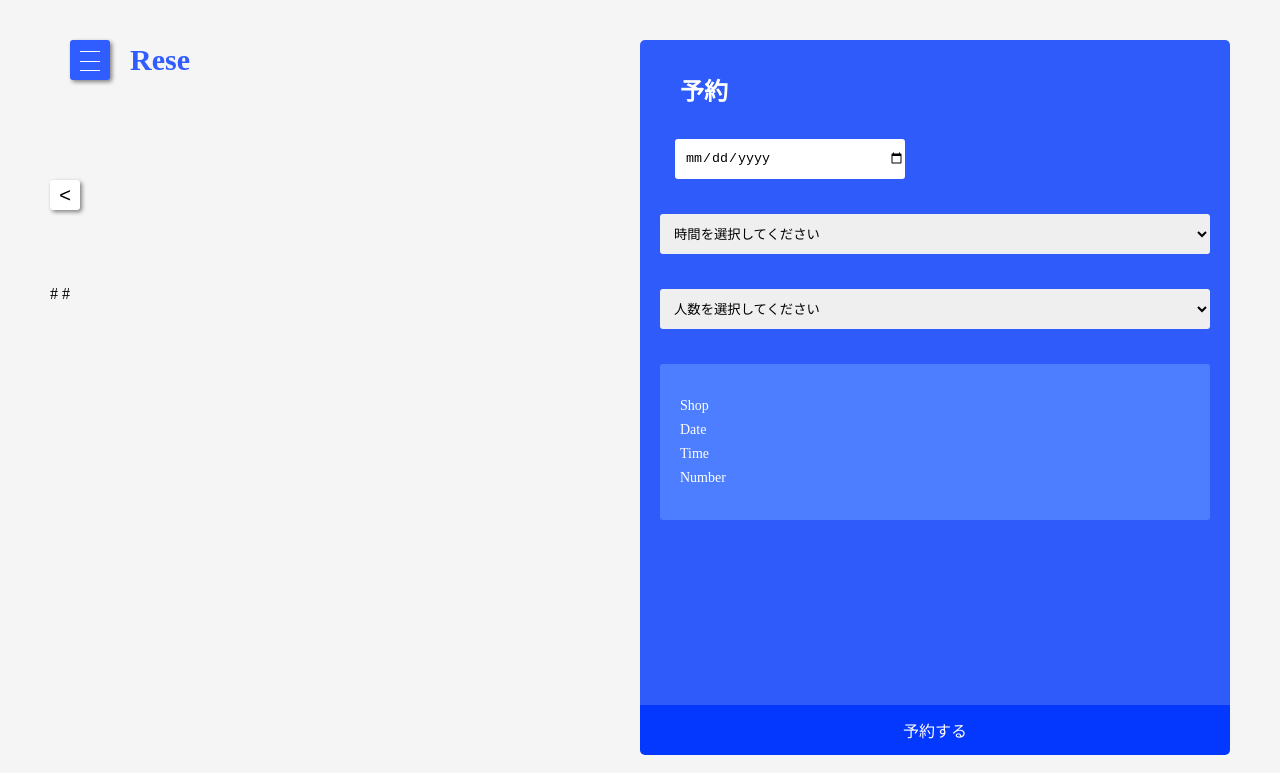
Repository: Haruka-Wada/Rese
Page: src/resources/views/shop_detail.blade.php
The author's editor kept a copy of each file at every save. The page is drawn from the files as they stood at one save, then again after the next save.
The browser window is 1280 px wide. The pictures show the whole page.
The page is served by the project's Laravel application, run on PHP 8.4 with Laravel 8. Other server files are loaded and not shown. The template is opened directly, without the code that normally fills it, so the values that code supplies are empty.

Above is the page before, as saved 2024-11-19 15:19:22.

### src/routes/web.php
<?php

use App\Http\Controllers\ReseController;
use Illuminate\Database\Console\Migrations\ResetCommand;
use Illuminate\Support\Facades\Route;
use SebastianBergmann\GlobalState\Restorer;

/*
|--------------------------------------------------------------------------
| Web Routes
|--------------------------------------------------------------------------
|
| Here is where you can register web routes for your application. These
| routes are loaded by the RouteServiceProvider within a group which
| contains the "web" middleware group. Now create something great!
|
*/

Route::get('/', [ReseController::class, 'index']);
Route::get('/detail/{shop_id?}', [ReseController::class, 'detail']);
Route::get('/search', [ReseController::class, 'search']);

Route::middleware(['verified'])->group(function(){
    Route::middleware('auth')->group(function () {
        Route::get('/thanks', [ReseController::class, 'thanks']);
        Route::get('/mypage', [ReseController::class, 'myPage']);
        Route::post('/favorite', [ReseController::class, 'favorite']);
        Route::post('/reservation', [ReseController::class, 'reservation']);
        Route::get('/done', [ReseController::class, 'done']);
        Route::delete('/delete',[ReseController::class, 'reservationDelete']);
        Route::get('/edit', [ReseController::class, 'reservationEdit']);
        Route::patch('/edit/update', [ReseController::class, 'reservationUpdate']);
    });
});

### src/resources/views/shop_detail.blade.php
@extends('layouts/app')

@section('css')
<link rel="stylesheet" href="{{ asset('css/shop_detail.css') }}">
@endsection

@section('main')
<div class="main__container">
    <div class="shop__container">
        <div class="shop__name-area">
            <button onclick="location.href='/'">&lt;</button>
            <h2>{{ $shop->name }}</h2>
        </div>
        <div class="shop__img">
            <img src="{{ $shop->image}}" alt="">
        </div>
        <div class="shop__tag">
            <span>#{{ $shop->area->name }}</span>
            <span>#{{ $shop->genre->name }}</span>
        </div>
        <div class="shop__outline">
            <p>{{ $shop->outline }}</p>
        </div>
    </div>
    <div class="reservation__container">
        <div class="reservation__wrap">
            <div class="reservation__title">
                <h2>予約</h2>
            </div>
            <form action="/reservation" method="post" id="reservation">
                @csrf
                <div class="reservation__form">
                    <input type="hidden" name="shop_id" value="{{ $shop->id }}">
                    <input type="date" name="date" class="reservation__date">
                    <div class="reservation__error">
                        @error('date')
                        {{ $message }}
                        @enderror
                    </div>
                    <select name="time" id="" class="reservation__time">
                        <option disabled selected>時間を選択してください</option>
                        <option value="17:00">17:00</option>
                        <option value="17:30">17:30</option>
                        <option value="18:00">18:00</option>
                        <option value="18:30">18:30</option>
                        <option value="19:00">19:00</option>
                        <option value="19:30">19:30</option>
                        <option value="20:00">20:00</option>
                        <option value="20:30">20:30</option>
                        <option value="21:00">21:00</option>
                        <option value="21:30">21:30</option>
                        <option value="22:00">22:00</option>
                        <option value="22:30">22:30</option>
                        <option value="23:00">23:00</option>
                    </select>
                    <div class="reservation__error">
                        @error('time')
                        {{ $message }}
                        @enderror
                    </div>
                    <select name="number" id="" class="reservation__number">
                        <option disabled selected>人数を選択してください</option>
                        @for($i = 1; $i < 51; $i++)
                            <option value="{{ $i }}">{{ $i }}人</option>
                            @endfor
                    </select>
                    <div class="reservation__error">
                        @error('number')
                        {{ $message }}
                        @enderror
                    </div>
                </div>
            </form>
            <div class="reservation__confirm">
                <dl class="reservation__confirm-list">
                    <dt class="reservation__confirm-item">Shop</dt>
                    <dd class="reservation__confirm-content">{{ $shop->name }}</dd>
                </dl>
                <dl class="reservation__confirm-list">
                    <dt class="reservation__confirm-item">Date</dt>
                    <dd class="reservation__confirm-content" id="date"></dd>
                </dl>
                <dl class="reservation__confirm-list">
                    <dt class="reservation__confirm-item">Time</dt>
                    <dd class="reservation__confirm-content" id="time"></dd>
                </dl>
                <dl class="reservation__confirm-list">
                    <dt class="reservation__confirm-item">Number</dt>
                    <dd class="reservation__confirm-content" id="number"></dd>
                </dl>
            </div>
        </div>
        <div class="reservation__button">
            <button form="reservation">予約する</button>
        </div>
    </div>

    <script type="text/javascript">
        $(function() {
            const date = $('#date');
            $('[name=date]').change(function() {
                const selectedDate = $('[name=date]').val();
                const formatDate = new Date(selectedDate);
                const year = formatDate.getFullYear();
                const month = formatDate.getMonth() + 1;
                const day = formatDate.getDate();
                date.text(year + "/" + month + "/" + day);
            })
        })

        $(function() {
            const time = $('#time');
            $('[name=time]').change(function() {
                const selectedTime = $('[name=time] option:selected').text();
                time.text(selectedTime);
            });
        });

        $(function() {
            const number = $('#number');
            $('[name=number]').change(function() {
                const selectedNumber = $('[name=number] option:selected').text();
                number.text(selectedNumber);
            })
        })
    </script>
    @endsection

### src/resources/views/layouts/app.blade.php
<!DOCTYPE html>
<html lang="ja">

<head>
    <meta charset="UTF-8">
    <meta name="viewport" content="width=device-width, initial-scale=1.0">
    <meta name="csrf-token" content="{{ csrf_token()}}">
    <title>Rese</title>
    <link rel="stylesheet" href="{{ asset('css/sanitize.css') }}">
    <link rel="stylesheet" href="{{ asset('css/app.css') }}">
    @yield('css')
    <script src="https://ajax.googleapis.com/ajax/libs/jquery/3.3.1/jquery.min.js"></script>
</head>

<body>

    <header>
        <div class="header__wrapper">
            <button class="header__nav" onclick="navFunc()"></button>
            <nav class="header__hamburger">
                <ul class="hamburger__menu">
                    <li><a href="/" class="hamburger__menu-link">HOME</a></li>
                    @if(Auth::check())
                    <li>
                        <form action="/logout" method="post">
                            @csrf
                            <button class="hamburger__menu-logout">Logout</button>
                        </form>
                    </li>
                    <li><a href="/mypage" class="hamburger__menu-link">Mypage</a></li>
                    @else
                    <li><a href="/register" class="hamburger__menu-link registration">Registration</a></li>
                    <li><a href="/login" class="hamburger__menu-link">Login</a></li>
                    @endif
                </ul>
            </nav>
            <h1 class="header__logo">Rese</h1>
            @yield('search')
        </div>
    </header>
    <main class="main">
        @yield('main')
    </ま>

    <script type="text/javascript">
        function navFunc() {
            document.querySelector('html').classList.toggle('open');
        }
    </script>
</body>

</html>

### src/public/css/sanitize.css
/*
html5doctor.com Reset Stylesheet
v1.6.1
Last Updated: 2010-09-17
Author: Richard Clark - http://richclarkdesign.com
Twitter: @rich_clark
*/

html,
body,
div,
span,
object,
iframe,
h1,
h2,
h3,
h4,
h5,
h6,
p,
blockquote,
pre,
abbr,
address,
cite,
code,
del,
dfn,
em,
img,
ins,
kbd,
q,
samp,
small,
strong,
sub,
sup,
var,
b,
i,
dl,
dt,
dd,
ol,
ul,
li,
fieldset,
form,
label,
legend,
table,
caption,
tbody,
tfoot,
thead,
tr,
th,
td,
article,
aside,
canvas,
details,
figcaption,
figure,
footer,
header,
hgroup,
menu,
nav,
section,
summary,
time,
mark,
audio,
video {
    margin: 0;
    padding: 0;
    border: 0;
    outline: 0;
    font-size: 100%;
    vertical-align: baseline;
    background: transparent;
}

body {
    line-height: 1;
}

article,
aside,
details,
figcaption,
figure,
footer,
header,
hgroup,
menu,
nav,
section {
    display: block;
}

nav ul {
    list-style: none;
}

blockquote,
q {
    quotes: none;
}

blockquote:before,
blockquote:after,
q:before,
q:after {
    content: '';
    content: none;
}

a {
    margin: 0;
    padding: 0;
    font-size: 100%;
    vertical-align: baseline;
    background: transparent;
}

/* change colours to suit your needs */
ins {
    background-color: #ff9;
    color: #000;
    text-decoration: none;
}

/* change colours to suit your needs */
mark {
    background-color: #ff9;
    color: #000;
    font-style: italic;
    font-weight: bold;
}

del {
    text-decoration: line-through;
}

abbr[title],
dfn[title] {
    border-bottom: 1px dotted;
    cursor: help;
}

table {
    border-collapse: collapse;
    border-spacing: 0;
}

/* change border colour to suit your needs */
hr {
    display: block;
    height: 1px;
    border: 0;
    border-top: 1px solid #cccccc;
    margin: 1em 0;
    padding: 0;
}

input,
select {
    vertical-align: middle;
}

### src/public/css/app.css
body {
    background-color: whitesmoke;
    width: 100vw;
}

.header__wrapper {
    width: 90%;
    height: 60px;
    margin: 0 auto;
    display: flex;
    justify-content: space-between;
    align-items: center;
    padding: 30px 60px;
    position: fixed;
    z-index: 10;
    background-color: whitesmoke;
}

.header__nav {
    padding: 10px;
    margin: 10px;
    border: none;
    outline: none;
    background: none;
    width: 40px;
    height: 40px;
    cursor: pointer;
    background-color: #305DFF;
    box-shadow: 2px 2px 4px gray;
    border-radius: 3px;
    color: white;
}

.header__nav::before {
    content: '';
    display: block;
    height: 1px;
    background-color: currentColor;
    transform: translateY(-8px);
    transition: 0.3s ease-in-out;
    box-shadow: 0 10px currentColor;
}

.header__nav::after {
    content: '';
    display: block;
    height: 1px;
    background-color: currentColor;
    transform: translateY(10px);
    transition: 0.3s ease-in-out;
}

.open .header__nav {
    z-index: 1000;
}

.open .header__nav::before {
    transform: rotate(-45deg);
    box-shadow: none;
}

.open .header__nav::after {
    transform: rotate(45deg);
    box-shadow: none;
}

.header__logo {
    color: #305DFF;
    font-size: 30px;
    position: fixed;
    left: 130px;
    transition: 0.5s;
}

.header__hamburger {
    display: flex;
    justify-content: center;
    align-items: center;
    position: absolute;
    width: 0;
    height: 0;
    top: 45px;
    left: 55px;
    overflow: hidden;
    color: transparent;
    transition: 0.5s ease-in-out;
}

.open .header__hamburger {
    top: 0;
    left: 0;
    width: 100vw;
    height: 100vh;
    background-color: white;
    z-index: 100;
}

.hamburger__menu {
    padding: 10% 0;
}

.hamburger__menu li {
    text-align: center;
    list-style: none;
    line-height: 300%;
}

.hamburger__menu-link {
    color: #305DFF;
    font-size: 25px;
    text-decoration: none;
    font-weight: 550;
}

.hamburger__menu-logout {
    border: none;
    outline: none;
    background-color: white;
    color: #305DFF;
    font-size: 25px;
    margin: 20px;
}

.registration {
    display: inline-block;
    margin: 20px;
}

.main {
    padding-top: 130px;
}

@media screen and (max-width: 768px) {
    .header__wrapper {
        padding: 30px;
    }

    .header__logo {
        left: 100px;
    }

    .main {
        padding-top: 120px;
    }
}

### src/public/css/shop_detail.css
.header__wrapper {
    width: 30%;
}

.main {
    padding: 0;
}

.main__container {
    display: grid;
    grid-template-rows: 130px 1fr;
    grid-template-columns: 50% 1fr;
}

.shop__container {
    grid-row: 2/3;
    grid-column: 1/2;
    width: 80%;
    margin: 50px;
}

.shop__name-area {
    display: flex;
    align-items: center;
    padding-bottom: 30px;
}

.shop__name-area button {
    width: 30px;
    height: 30px;
    font-size: 20px;
    background-color: white;
    border: none;
    border-radius: 3px;
    box-shadow: 2px 2px 4px gray;
}

.shop__name-area h2 {
    padding-left: 20px;
    font-size: 30px;
}
.shop__img {
    width: 100%;
}

.shop__img img{
    width: 100%;
}

.shop__tag {
    padding: 30px 0;
}

.shop__outline {
    line-height: 1.3;
}

.reservation__container {
    width: 100%;
    height: 90%;
    grid-row: 1/3;
    grid-column: 2/3;
    padding: 40px 0;
}

.reservation__wrap {
    height: 70%;
    background-color: #2F5BFB;
    border-radius: 5px 5px 0 0;
    padding: 20px 20px 160px;
    margin-right: 50px;
}

.reservation__title {
    color: white;
    padding: 20px;
    font-size: 24px;
}

.reservation__date {
    width: 40%;
    height: 40px;
    border: none;
    border-radius: 3px;
    padding-left: 10px;
    margin: 15px;
}

.reservation__time, .reservation__number{
    width: 100%;
    height: 40px;
    border: none;
    border-radius: 3px;
    padding-left: 10px;
    margin-bottom: 15px;
}

.reservation__confirm {
    background-color: #4D7EFF;
    border-radius: 3px;
    color: white;
    padding: 30px 20px;
}

.reservation__confirm-list {
    font-size: 14px;
    display: flex;
    padding: 5px 0;
}

.reservation__confirm-item {
    width: 25%;
}

.reservation__confirm-content {
    width: 75%;
}
.reservation__button {
    height: 50px;
    display: flex;
    align-items: center;
    margin-right: 50px;
    border-radius: 0 0 5px 5px;
    text-align: center;
}

.reservation__button button {
    width: 100%;
    height: 100%;
    font-size: 16px;
    border: none;
    border-radius: 0 0 5px 5px;
    background-color: #0438FF;
    color: white;
}

.reservation__error {
    color:  white;
    font-size: 14px;
    margin-bottom: 20px;
}

@media screen and (max-width:768px) {
    .header__wrapper {
        width: 100%;
    }

    .main__container {
        display: block;
        padding: 0 30px;
    }

    .shop__container {
        width: 100%;
    }

    .reservation__container {
        width: 100%;
        left: 0px;
        margin-top: 30px;
    }

    .reservation__wrap {
        height: auto;
        margin: 0 30px;
    }

    .reservation__date {
        width: 95%;
    }

    .reservation__button {
        margin: 0 30px;
    }
}

After the next save:
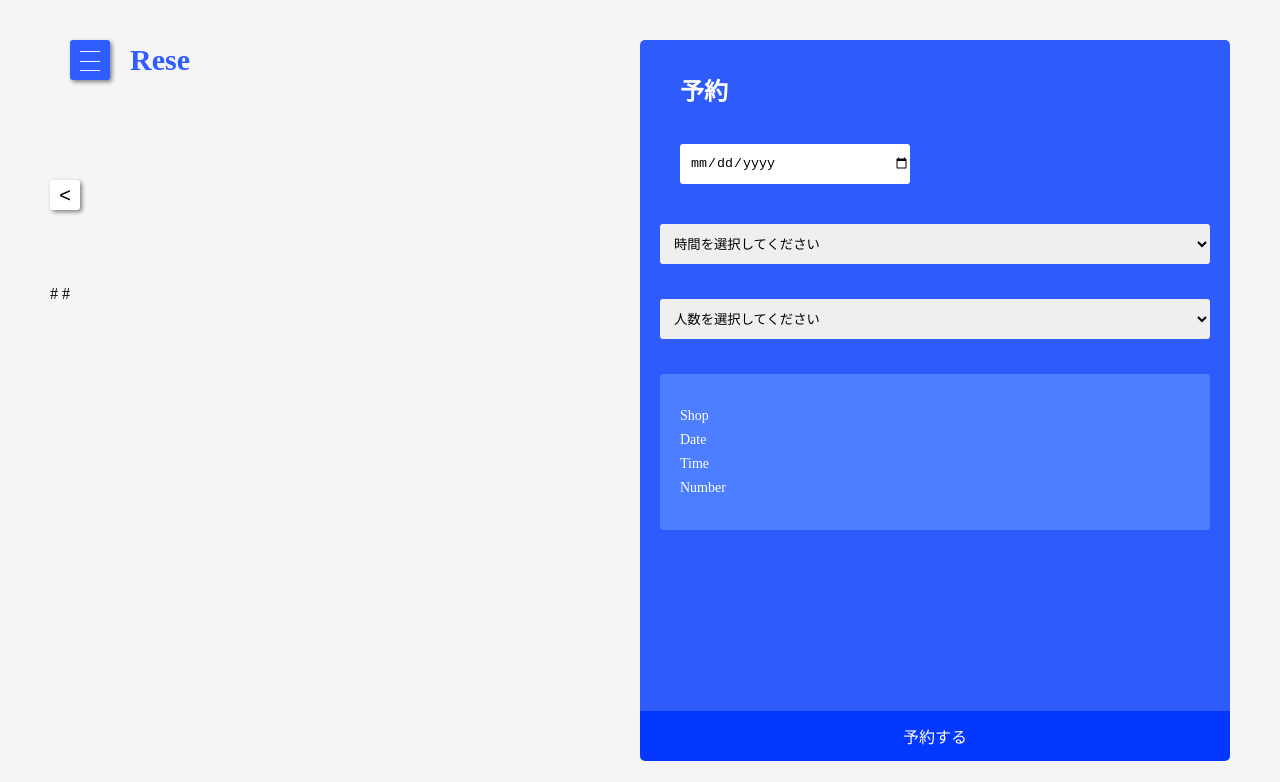
Saved 6 s later.
--- a/src/public/css/shop_detail.css
+++ b/src/public/css/shop_detail.css
@@ -83,7 +83,7 @@
     border: none;
     border-radius: 3px;
     padding-left: 10px;
-    margin: 15px;
+    margin: 20px;
 }
 
 .reservation__time, .reservation__number{

After the save that followed:
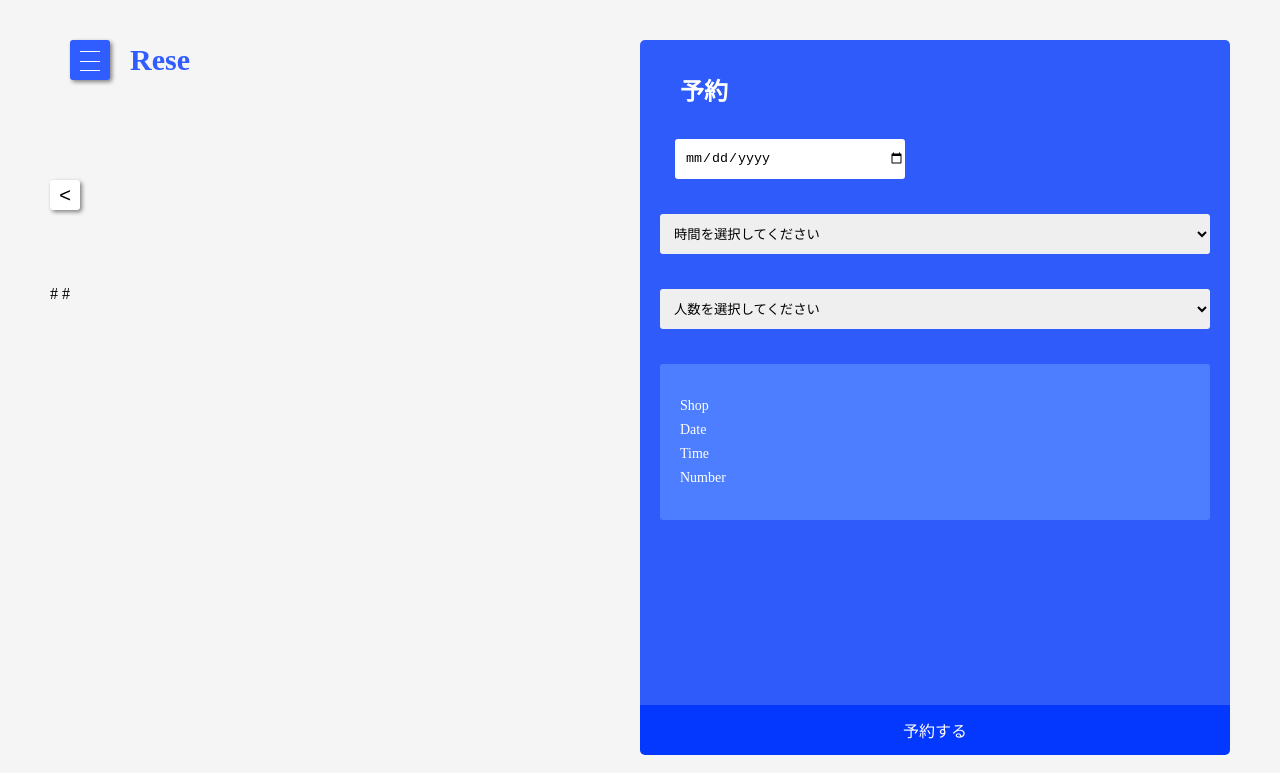
Saved 14 s later.
--- a/src/public/css/shop_detail.css
+++ b/src/public/css/shop_detail.css
@@ -83,7 +83,7 @@
     border: none;
     border-radius: 3px;
     padding-left: 10px;
-    margin: 20px;
+    margin: 15px;
 }
 
 .reservation__time, .reservation__number{
